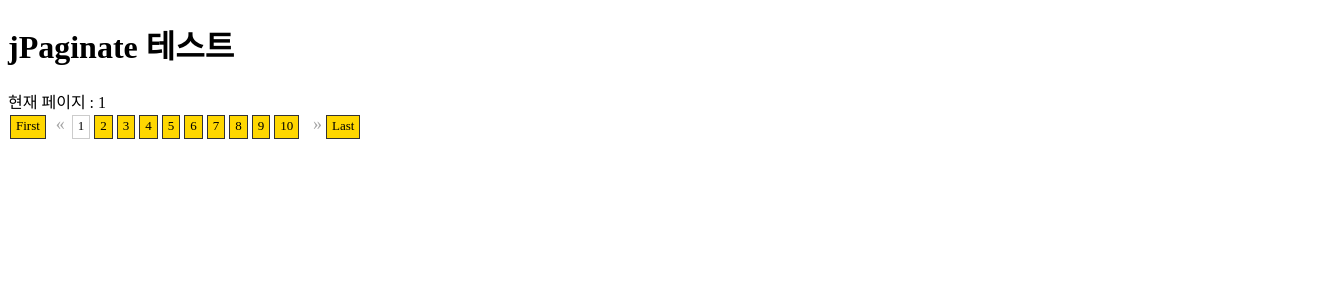
Repository: adminhelper/Ajax
Page: Contact05_ajax/WebContent/_23_jpaginate.html
These files come from the project's save history. The page is drawn as it stood at one moment and after the next save; the edit follows.
The browser window is 1280 px wide. The page is 1334 px wide, so the pictures cover 1334 px, including what lies to the right of the window. The pictures show the whole page.
Some web libraries are served in a nearby version.

Above is the page before, as saved 2020-05-18 02:57:03.

### Contact05_ajax/WebContent/_23_jpaginate.html
<!DOCTYPE html>
<html>
<head>
<meta charset="UTF-8">
<title>Insert title here</title>
<link rel="stylesheet" type="text/css"
	  href="jpaginate/style.css"/>
<script src="http://code.jquery.com/jquery-3.1.0.js"></script>
<script src="jpaginate/jQuery.paginate.js"></script>
<script>
	$(document).ready(function(){
		$("#paging").paginate({
			count : 100,
			start : 1,
			display : 10,
			border : true,
			border_color : '#333333',
			text_color : '#000000',
			background_color : 'gold',
			border_hover_color : '#ccc',
			text_hover_color : '#000',
			background_hover_color : '#fff',
			images : false,
			mouse : 'press',
			onChange : function(page){
				$("#currentPage").html(page);
			}
		});
	});
</script>
</head>
<body>
	<div id="container">
		<h1>jPaginate 테스트</h1>
		<div>
			현재 페이지 : <span id="currentPage">1</span>
		</div>
		<div id="paging"></div>
	</div>
</body>
</html>

### Contact05_ajax/WebContent/jpaginate/style.css
.jPaginate{
    height:34px;
    position:relative;
    color:#a5a5a5;
    font-size:small;
	width:100%;
}
.jPaginate a{
    line-height:15px;
    height:18px;
    cursor:pointer;
    padding:2px 5px;
    margin:2px;
    float:left;
}
.jPag-control-back{
	position:absolute;
	left:0px;
}
.jPag-control-front{
	position:absolute;
	top:0px;
}
.jPaginate span{
    cursor:pointer;
}
ul.jPag-pages{
    float:left;
    list-style-type:none;
    margin:0px 0px 0px 0px;
    padding:0px;
}
ul.jPag-pages li{
    display:inline;
    float:left;
    padding:0px;
    margin:0px;
}
ul.jPag-pages li a{
    float:left;
    padding:2px 5px;
}
span.jPag-current{
    cursor:default;
    font-weight:normal;
    line-height:15px;
    height:18px;
    padding:2px 5px;
    margin:2px;
    float:left;
}
ul.jPag-pages li span.jPag-previous,
ul.jPag-pages li span.jPag-next,
span.jPag-sprevious,
span.jPag-snext,
ul.jPag-pages li span.jPag-previous-img,
ul.jPag-pages li span.jPag-next-img,
span.jPag-sprevious-img,
span.jPag-snext-img{
    height:22px;
    margin:2px;
    float:left;
    line-height:18px;
}

ul.jPag-pages li span.jPag-previous,
ul.jPag-pages li span.jPag-previous-img{
    margin:2px 0px 2px 2px;
    font-size:12px;
    font-weight:bold;
        width:10px;

}
ul.jPag-pages li span.jPag-next,
ul.jPag-pages li span.jPag-next-img{
    margin:2px 2px 2px 0px;
    font-size:12px;
    font-weight:bold;
    width:10px;
}
span.jPag-sprevious,
span.jPag-sprevious-img{
    margin:2px 0px 2px 2px;
    font-size:18px;
    width:15px;
    text-align:right;
}
span.jPag-snext,
span.jPag-snext-img{
    margin:2px 2px 2px 0px;
    font-size:18px;
    width:15px;
     text-align:right;
}
ul.jPag-pages li span.jPag-previous-img{
    background:transparent url(../images/previous.png) no-repeat center right;
            }
ul.jPag-pages li span.jPag-next-img{
    background:transparent url(../images/next.png) no-repeat center left;
            }
span.jPag-sprevious-img{
    background:transparent url(../images/sprevious.png) no-repeat center right;
            }
span.jPag-snext-img{
    background:transparent url(../images/snext.png) no-repeat center left;
            }

Loaded but not shown: Contact05_ajax/WebContent/jpaginate/jQuery.paginate.js (library)

After the next save:
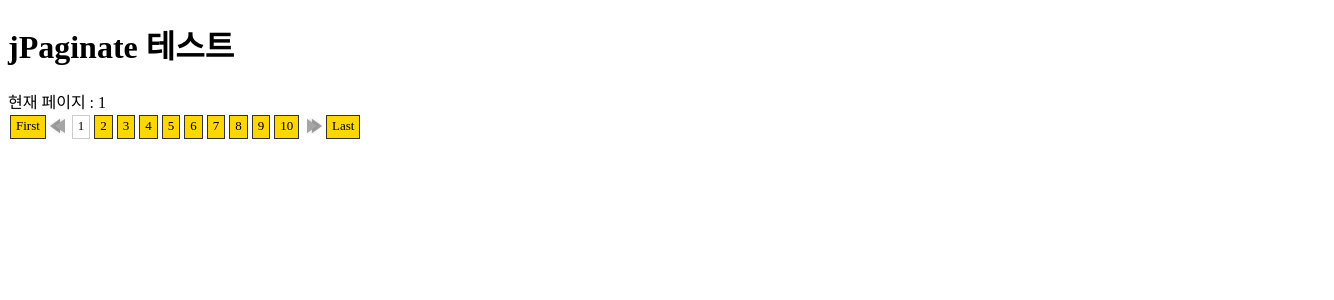
Saved 48 s later.
--- a/Contact05_ajax/WebContent/_23_jpaginate.html
+++ b/Contact05_ajax/WebContent/_23_jpaginate.html
@@ -20,7 +20,7 @@
 			border_hover_color : '#ccc',
 			text_hover_color : '#000',
 			background_hover_color : '#fff',
-			images : false,
+			images : true,
 			mouse : 'press',
 			onChange : function(page){
 				$("#currentPage").html(page);
